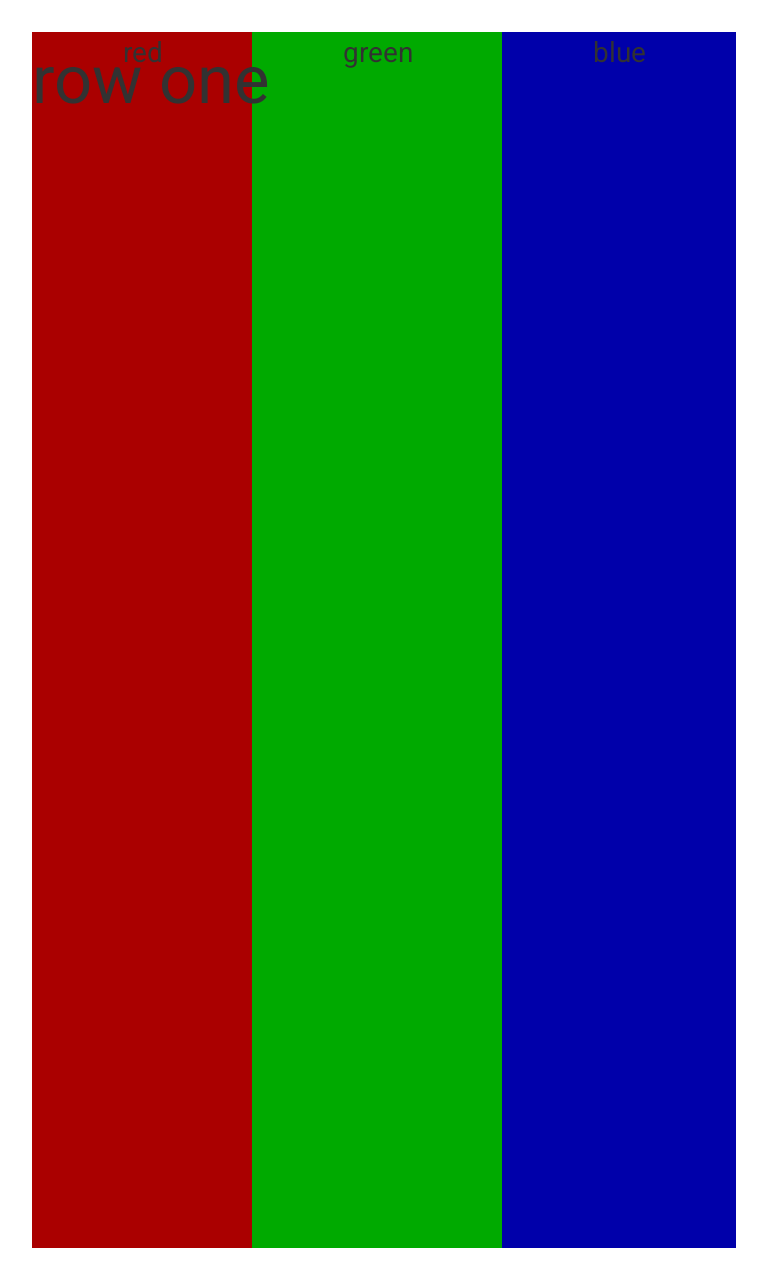
Repository: PatKelsh/IS-413
Layout: LinearLayout/res/layout/activity_main.xml
An editor plug-in stored every save of this project. The layout is shown before and after the next save, followed by the edit.
It is drawn on a 768 x 1280 px phone screen (xhdpi) without system bars, with theme AppTheme; the app's code is not run.

Above is the layout before, as saved 2015-02-04 03:20:55.

After the next save:
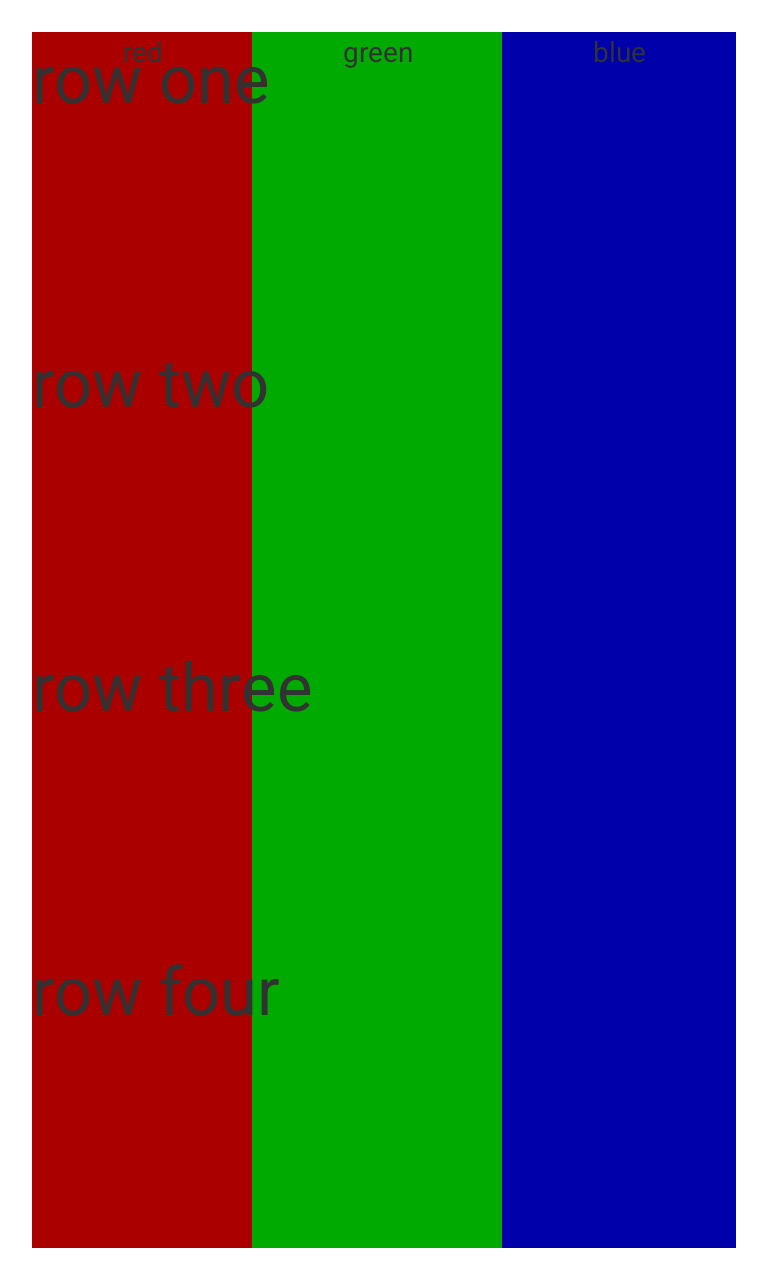
Saved 99 s later.
--- a/LinearLayout/res/layout/activity_main.xml
+++ b/LinearLayout/res/layout/activity_main.xml
@@ -51,6 +51,24 @@
             android:layout_width="fill_parent"
             android:layout_height="wrap_content"
             android:layout_weight="1"/>
+        <TextView
+            android:text="row two"
+            android:textSize="15pt"
+            android:layout_width="fill_parent"
+            android:layout_height="wrap_content"
+            android:layout_weight="1"/>
+        <TextView
+            android:text="row three"
+            android:textSize="15pt"
+            android:layout_width="fill_parent"
+            android:layout_height="wrap_content"
+            android:layout_weight="1"/>
+        <TextView
+            android:text="row four"
+            android:textSize="15pt"
+            android:layout_width="fill_parent"
+            android:layout_height="wrap_content"
+            android:layout_weight="1"/>
 
     </LinearLayout>
 
